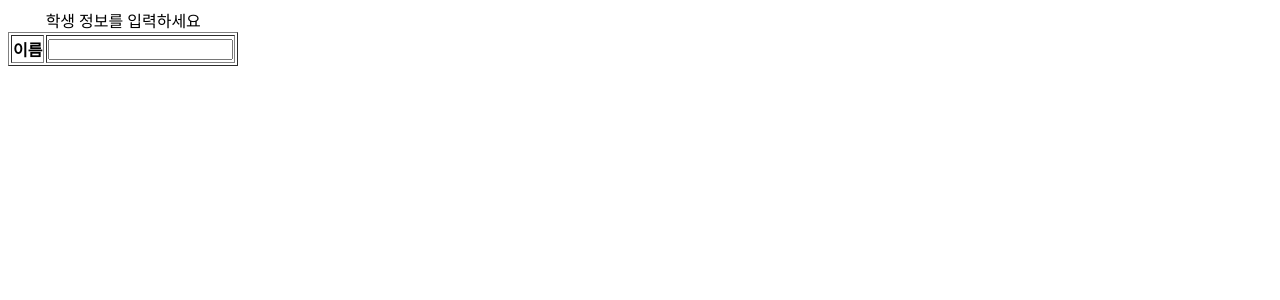
Repository: Heo-sh/Web_Development
Page: http://localhost/Ex_0417_sungjuk/sung_register.jsp
These files come from the project's save history. The page is drawn as it stood at one moment and after the next save; the edit follows.
The browser window is 1280 px wide. The pictures show the whole page.
The page is served by Tomcat 9.

Above is the page before, as saved 2023-04-17 07:49:32.

After the next save:
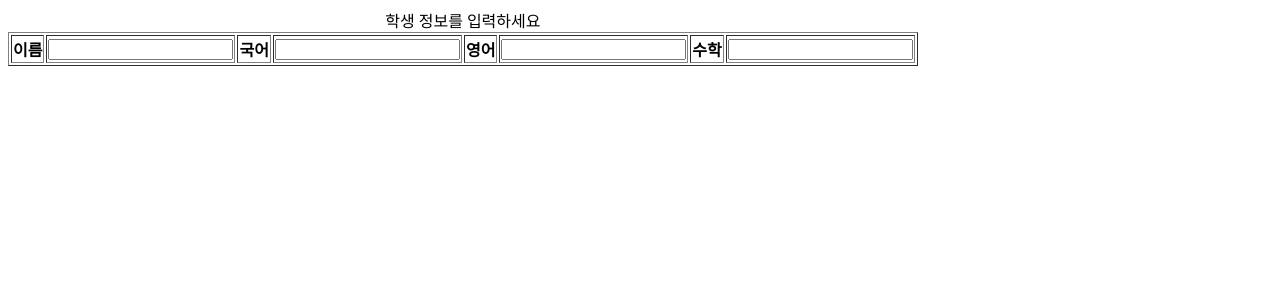
Saved 40 s later.
--- a/Ex_0417_sungjuk/WebContent/sung_register.jsp
+++ b/Ex_0417_sungjuk/WebContent/sung_register.jsp
@@ -17,6 +17,24 @@
 							name="name"
 						>
 					</th>
+					<th>국어</th>
+					<th>
+						<input
+							name="kor"
+						>
+					</th>
+					<th>영어</th>
+					<th>
+						<input
+							name="eng"
+						>
+					</th>
+					<th>수학</th>
+					<th>
+						<input
+							name="mat"
+						>
+					</th>
 				</tr>
 			</table>
 		</form>
